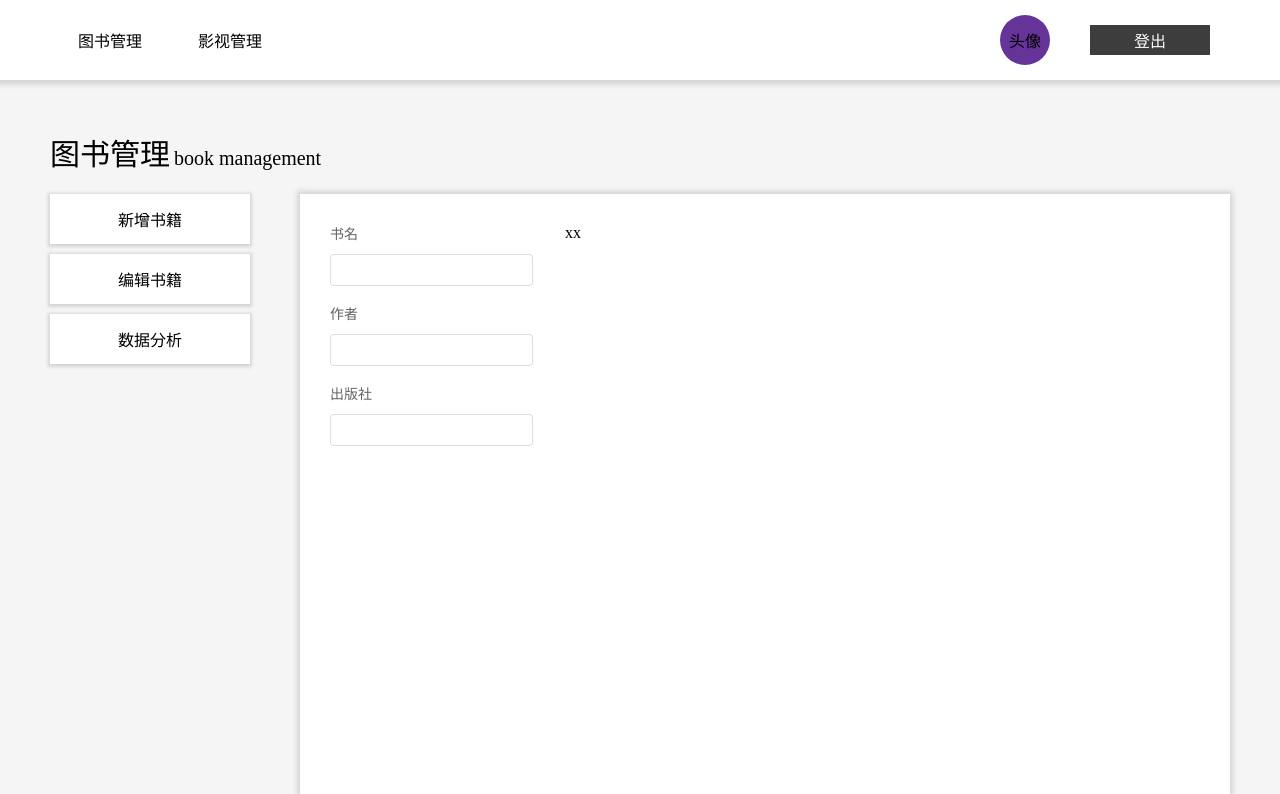
Repository: quanwangniuniu/Oasis-Reading-Platform
Page: /#/admin/books (app in Vue-frontend/)
The author's editor kept a copy of each file at every save. The page is drawn from the files as they stood at one save, then again after the next save.
The browser window is 1280 px wide. The pictures show the whole page.
Some web fonts or font styles are not loaded; a fallback is used. The project was rebuilt for these pictures with package versions that can differ from the ones it lists, and the page was loaded fresh each time. Also part of the build but not shown: Vue-frontend/vite.config.js, Vue-frontend/src/components/Test.vue, Vue-frontend/src/components/user/books/BookCard.vue, Vue-frontend/src/components/axios/config.js, Vue-frontend/src/components/axios/api.js, Vue-frontend/src/components/user/books/Books.vue, Vue-frontend/src/components/user/movies/Favourites.vue, Vue-frontend/src/components/user/explore/Explore.vue and 10 more.

Above is the page before, as saved 2023-04-13 16:02:12.

After the next save:
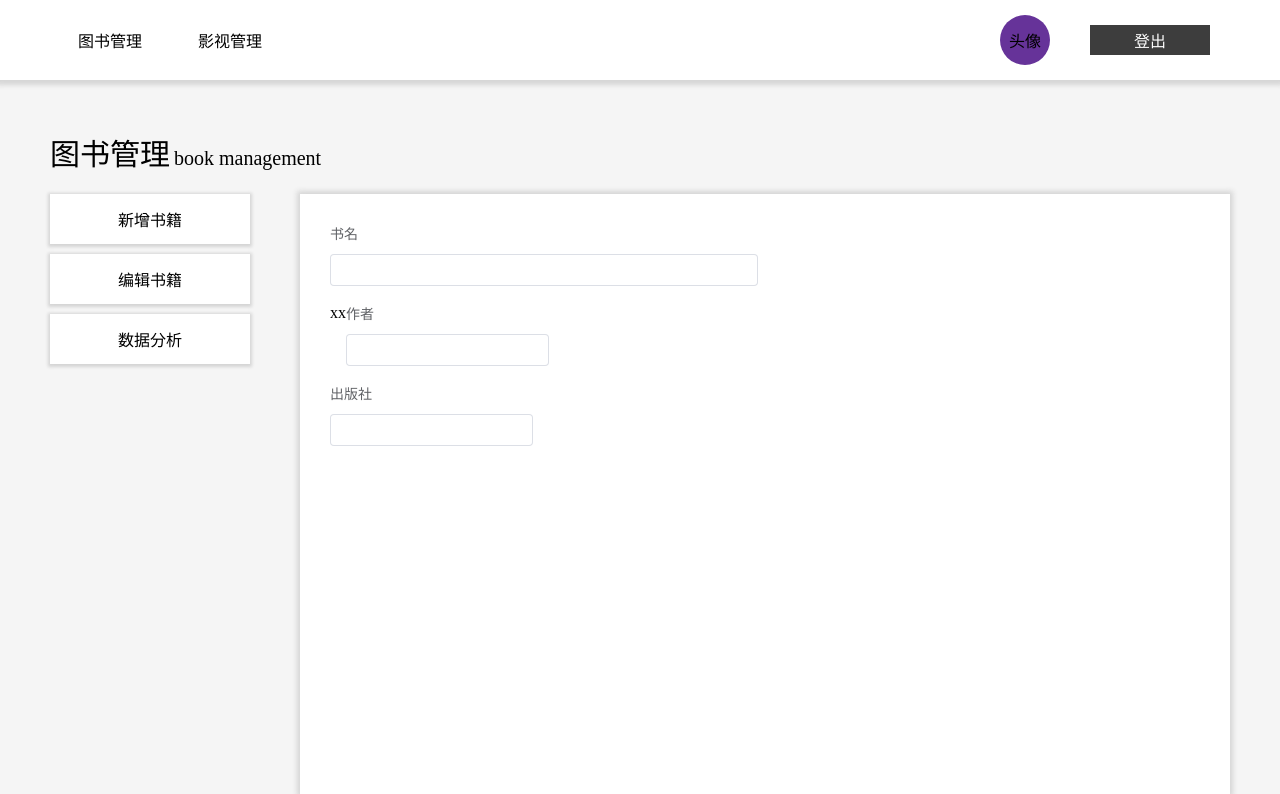
Saved 5 s later.
--- a/Vue-frontend/src/components/admin/bookManagement/BookManagement.vue
+++ b/Vue-frontend/src/components/admin/bookManagement/BookManagement.vue
@@ -36,7 +36,7 @@ const bookItem = ref({
             style="max-width: 460px"
             :inline="true"
           >
-            <el-form-item label="书名" style="width=500px">
+            <el-form-item label="书名" style="width:500px">
               <el-input v-model="bookItem.title" />
             </el-form-item><div>xx</div>
             <el-form-item label="作者">
